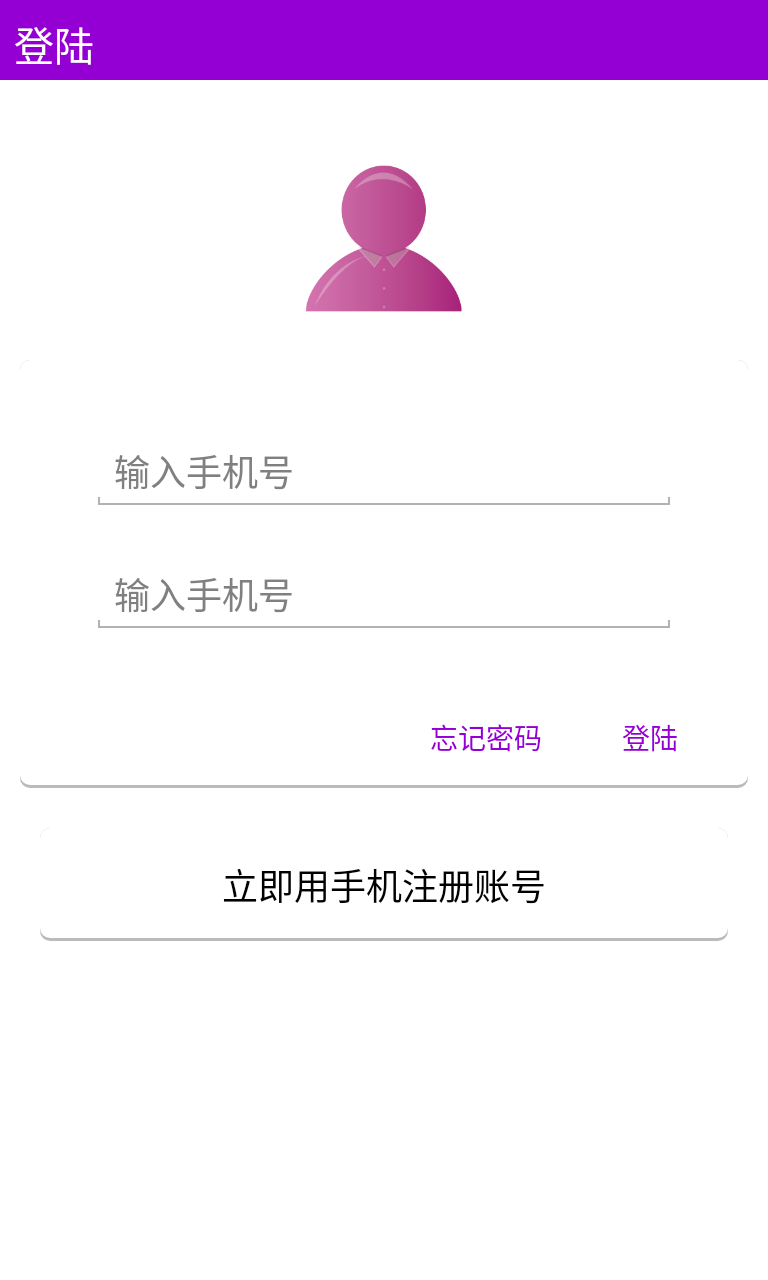
Repository: mrhanliang/Android_4.2
Layout: Android_Level_work/res/layout/activity_main.xml
These files come from the project's save history. The layout is drawn as it stood at one moment and after the next save; the edit follows.
It is drawn on a 768 x 1280 px phone screen (xhdpi) without system bars, with theme AppTheme; the app's code is not run.

Above is the layout before, as saved 2015-12-05 13:50:43.

After the next save:
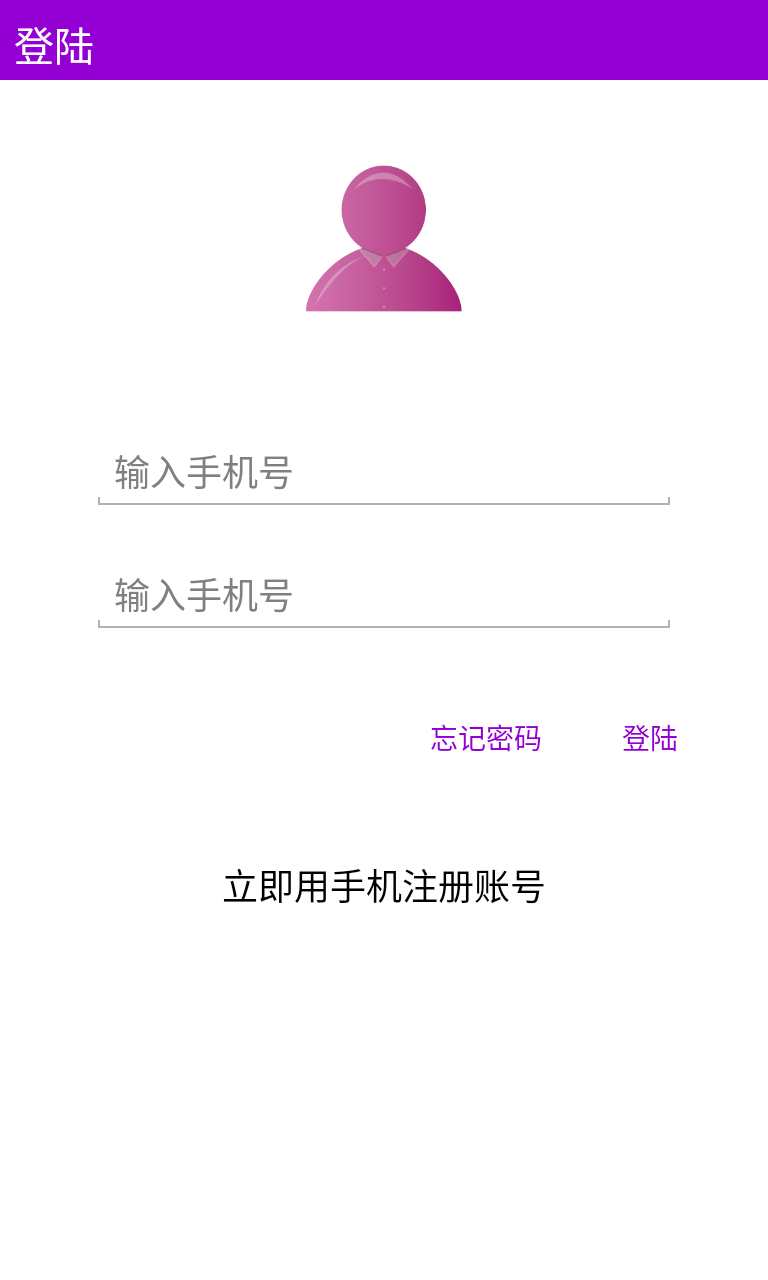
Saved 6 s later.
--- a/Android_Level_work/res/drawable-v14/html.xml
+++ b/Android_Level_work/res/drawable-v14/html.xml
@@ -2,7 +2,7 @@
 <layer-list xmlns:android="http://schemas.android.com/apk/res/android" >
     <item>
         <shape android:shape="rectangle">
-        <solid android:color="#BBB" />
+        <solid android:color="#ffffff" />
             <corners android:radius="5dp" />
         </shape>
     </item>
